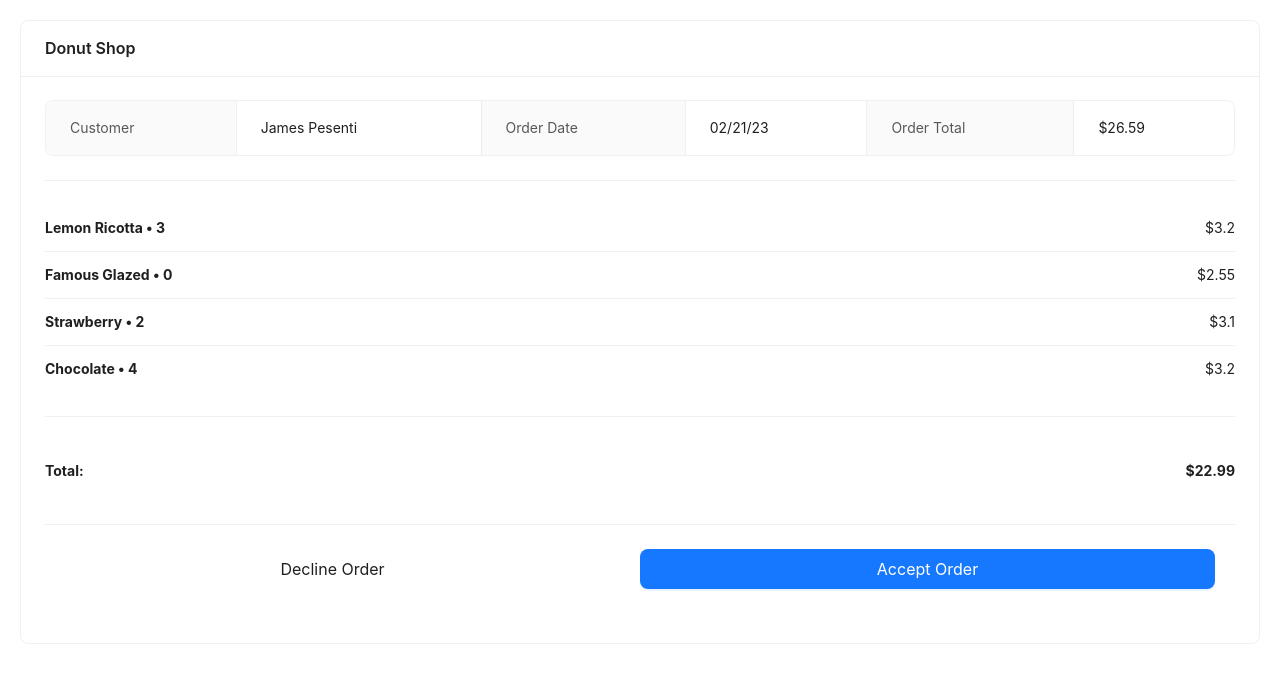
Repository: JamesPesenti/DonutShopDashboard
Page: /settings
These files come from the project's save history. The page is drawn as it stood at one moment and after the next save; the edit follows.
The browser window is 1280 px wide. The pictures show the whole page.
The project was rebuilt for these pictures with package versions that can differ from the ones it lists, and the page was loaded fresh each time.

Above is the page before, as saved 2023-03-22 14:34:21.

### src/App.js
import { Card, Descriptions, Divider, List, Button } from "antd"
import donuts from "../src/data/donuts"

function App() {
  return (
    <>
      <Card style={{ margin: 20 }} title={"Donut Shop"}>
        <Descriptions bordered column={{lg: 1, md: 1, sm: 1}}>
          <Descriptions.Item label="Customer">
            James Pesenti
          </Descriptions.Item>
          <Descriptions.Item label="Order Date">
            02/21/23
          </Descriptions.Item>
          <Descriptions.Item label="Order Total">
            $26.59
          </Descriptions.Item>
        </Descriptions>
        <Divider />
        <List
          dataSource={donuts}
          renderItem={(donutItem) => (
            <List.Item>
              <div style={{fontWeight: "bold"}}>{donutItem.flavor}   &#8226; {donutItem.quantity}</div>
              <div>${donutItem.price}</div>
            </List.Item>
          )}
        />
        <Divider />
        <div style={styles.totalContainer}>
          <h4>Total:</h4>
          <h4 style={styles.price}>$22.99</h4>
        </div>
        <Divider />
        <div style={styles.buttonsContainer}>
          <Button style={styles.button} block type="danger" size="large">
            Decline Order
          </Button>
          <Button style={styles.button} block type="primary" size="large">
            Accept Order
          </Button>
        </div>
      </Card>
    </>
  );
}

const styles = {
  totalContainer: {
    display: "flex",
    flexDirection: "row",
  },
  price: {
    marginLeft: "auto",
  },
  buttonsContainer: {
    display: "flex",
    flexDirection: "row",
    marginHorizontal: 50,
    paddingBottom: 30
  },
  button: {
    marginRight: 20
  }
}

export default App;

### src/data/donuts.js
export default [
    {
        flavor: "Lemon Ricotta",
        image: "https://t3.ftcdn.net/jpg/04/90/71/94/240_F_490719448_y4LhTnor5VL2gk9DYhwIw3ZRcZQ1beeD.jpg",
        price: 3.20,
        avgRating: 4.8,
        calories: 190,
        quantity: 3,
        descriptiion: "Made with fresh ricotta and lemon zest",
    },
    {
        flavor: "Famous Glazed",
        image: "https://t3.ftcdn.net/jpg/00/70/16/96/240_F_70169698_gr2Xm6hqPIFLC2kAsjOVRATbBLVDZLn5.jpg",
        price: 2.55,
        avgRating: 4.7,
        calories: 242,
        quantity: 0,
        descriptiion: "Our famous, made fresh everyday glazed",
    },
    {
        flavor: "Strawberry",
        image: "https://t3.ftcdn.net/jpg/00/20/33/94/240_F_20339434_0DNEcWb7vTsrpw1g2tSHmrFc3Fh5G9C6.jpg",
        price: 3.10,
        avgRating: 4.6,
        calories: 189,
        quantity: 2,
        descriptiion: "Made with organic strawberries from florida",
    },
    {
        flavor: "Chocolate",
        image: "https://t3.ftcdn.net/jpg/02/54/64/44/240_F_254644452_0dCYufJiJP5Aw3LxX8x0hzlicqYsb5HR.jpg",
        price: 3.20,
        avgRating: 4.7,
        calories: 297,
        quantity: 4,
        descriptiion: "Tastes like a slice of chocolate cake!",
    },
]

Loaded but not shown: public/index.html (common file); src/index.js (common file); src/index.css (common file)

After the next save:
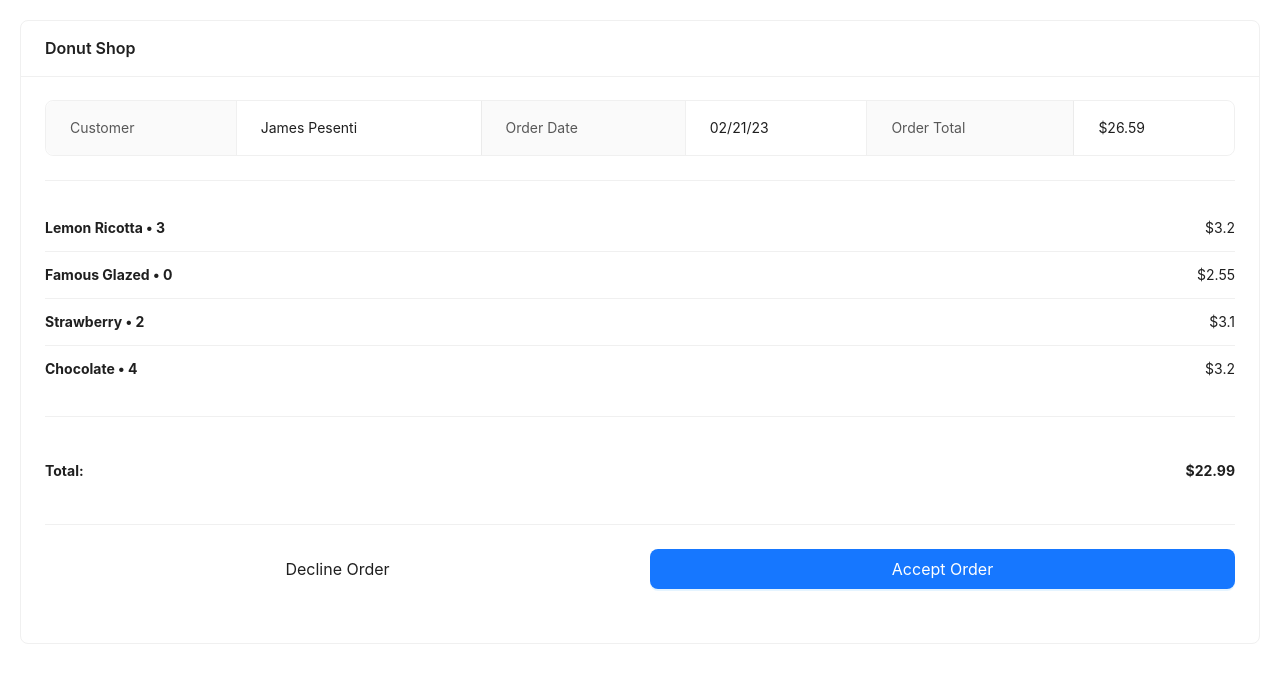
Saved 23 s later.
--- a/src/App.js
+++ b/src/App.js
@@ -36,7 +36,7 @@ function App() {
           <Button style={styles.button} block type="danger" size="large">
             Decline Order
           </Button>
-          <Button style={styles.button} block type="primary" size="large">
+          <Button block type="primary" size="large">
             Accept Order
           </Button>
         </div>
